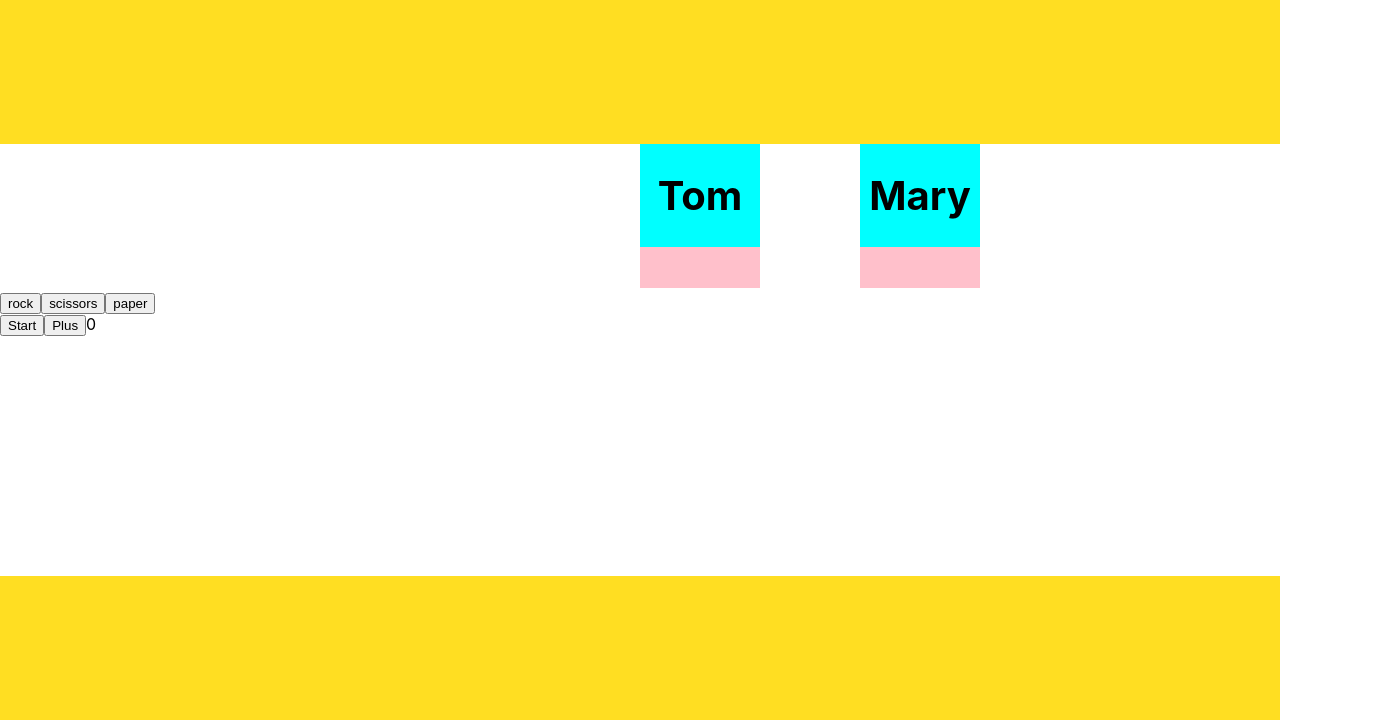
Repository: K009/Rock-Paper-Scissors
Page: /
The author's editor kept a copy of each file at every save. The page is drawn from the files as they stood at one save, then again after the next save.
The browser window is 1280 px wide. The page is 1280 px wide, then 1400 px, so the pictures cover 1400 px, including what lies to the right of the window. The pictures show the whole page.
The project was rebuilt for these pictures with package versions that can differ from the ones it lists, and the page was loaded fresh each time.

Above is the page before, as saved 2020-05-13 09:05:59.

After the next save:
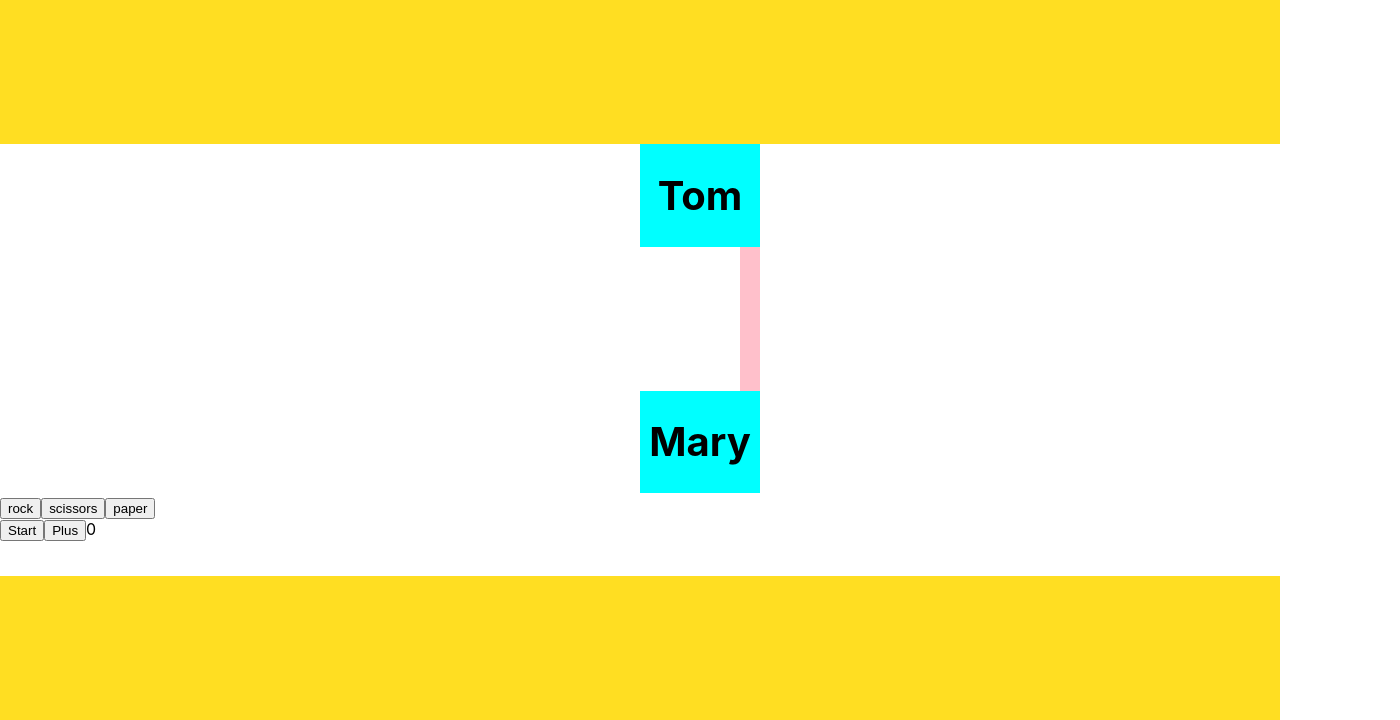
Saved 10 s later.
--- a/src/App.css
+++ b/src/App.css
@@ -17,6 +17,7 @@
   text-align: center;
   display: inline-block;
   margin-left: 50%;
+  margin-right: 50%;
 }
 
 .break {
